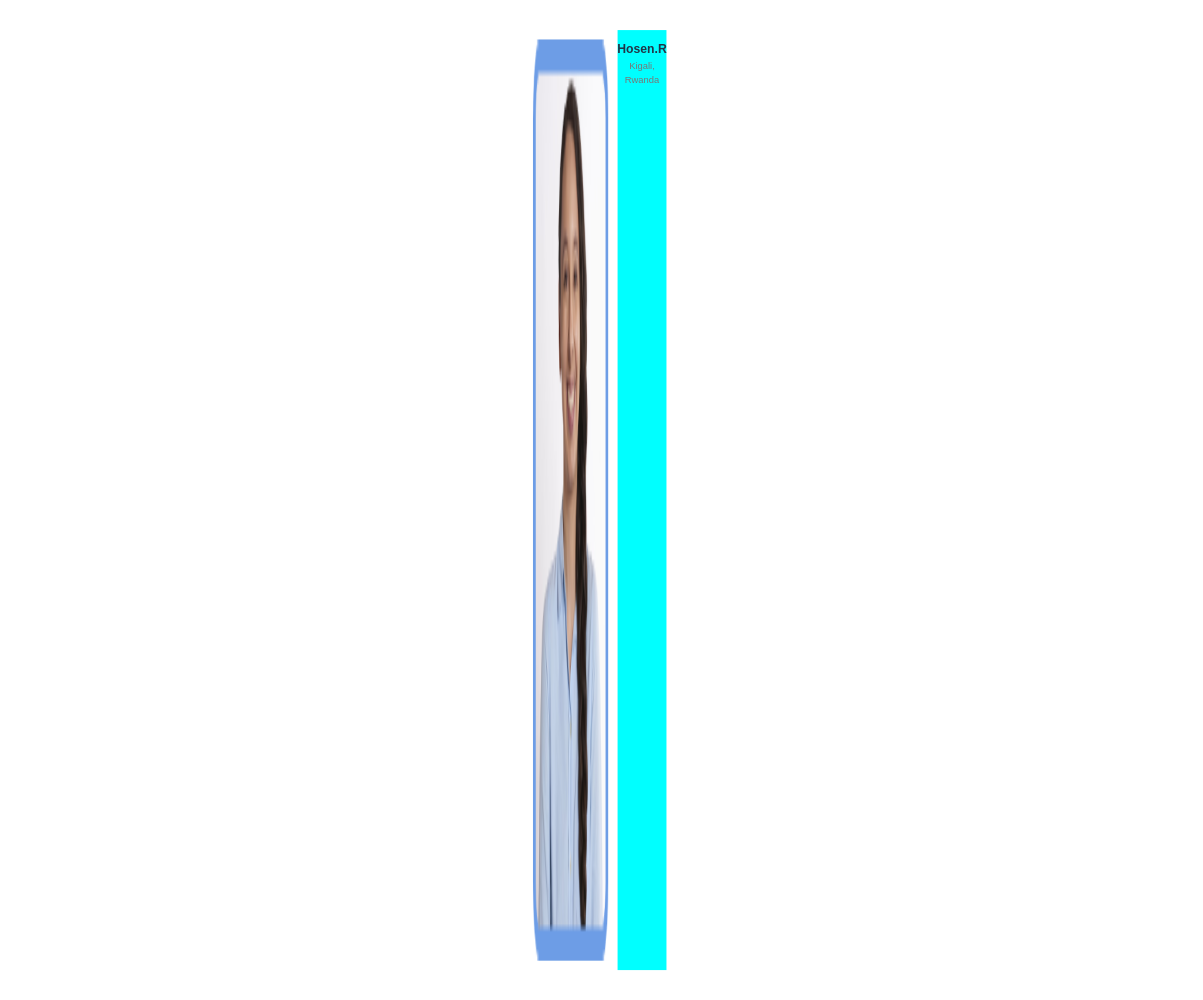
Repository: Auda-frontend/Kenshikeza
Page: /
The author's editor kept a copy of each file at every save. The page is drawn from the files as they stood at one save, then again after the next save.
The browser window is 1280 px wide. The pictures show the whole page, at 94% of full size.
The project was rebuilt for these pictures with package versions that can differ from the ones it lists, and the page was loaded fresh each time. Also part of the build but not shown: vite.config.js.

Above is the page before, as saved 2024-01-24 22:46:59.

### src/App.jsx
import './App.css'
import SideBar from './Components/SideBar'

function App() {
  return (
    <div>
      <SideBar />
    </div>
  )
}

export default App

### src/Components/SideBar.jsx
import React from "react";
import Profile from "../assets/Rectangle 79.png";
import './SideBar.css';

function SideBar() {
  return (
    <div className="container">
    <div className="leftSide">
      <img src={Profile} alt="Profile photo" className="profilePhoto" />
      <div className="desc">
      <h2 className="names">Hosen.R</h2>
      <p>Kigali, Rwanda</p>
      </div>
    </div>
    </div>
  );
}

export default SideBar;

### src/Components/SideBar.css
*{
    margin: 0;
    padding: 0;
    box-sizing: border-box;
    font-family: sans-serif;
}
.container{
    padding: 0;
}
.leftSide{
    display: flex;
    max-width: 25%;
    max-height: 100%;
}
.leftSide .profilePhoto{
    float: left;
    width: 100px;
    height: 1000px;
    padding: 10px;
}
.desc{
    display: table-column;
    align-items: center;
    padding-top: 10px;
    /* padding: 5px; */
    background-color: aqua;
}
.desc .names{
    font-size: small;
    /* margin: 5px; */
}
.desc p{
    font-size: x-small;
    color: rgb(121, 118, 118)
}

Loaded but not shown: index.html (common file); src/main.jsx (common file); src/index.css (common file); src/App.css (common file)

After the next save:
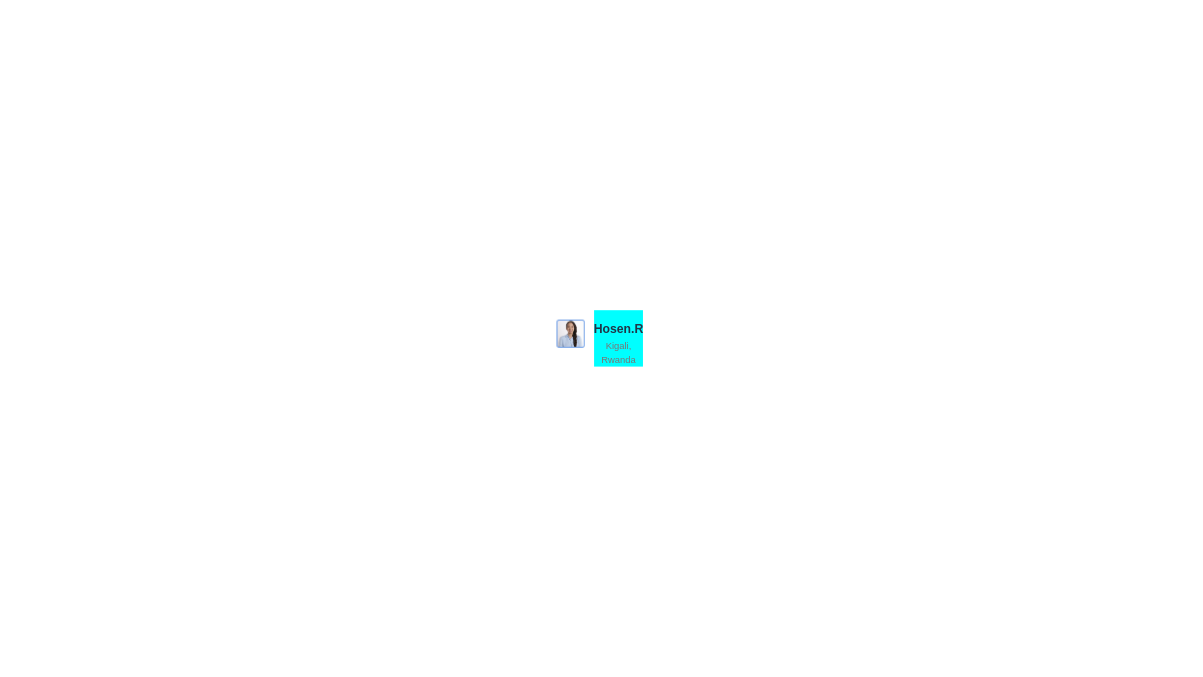
Saved 10 s later.
--- a/src/Components/SideBar.css
+++ b/src/Components/SideBar.css
@@ -14,8 +14,8 @@
 }
 .leftSide .profilePhoto{
     float: left;
-    width: 100px;
-    height: 1000px;
+    width: 50px;
+    height: 50px;
     padding: 10px;
 }
 .desc{
